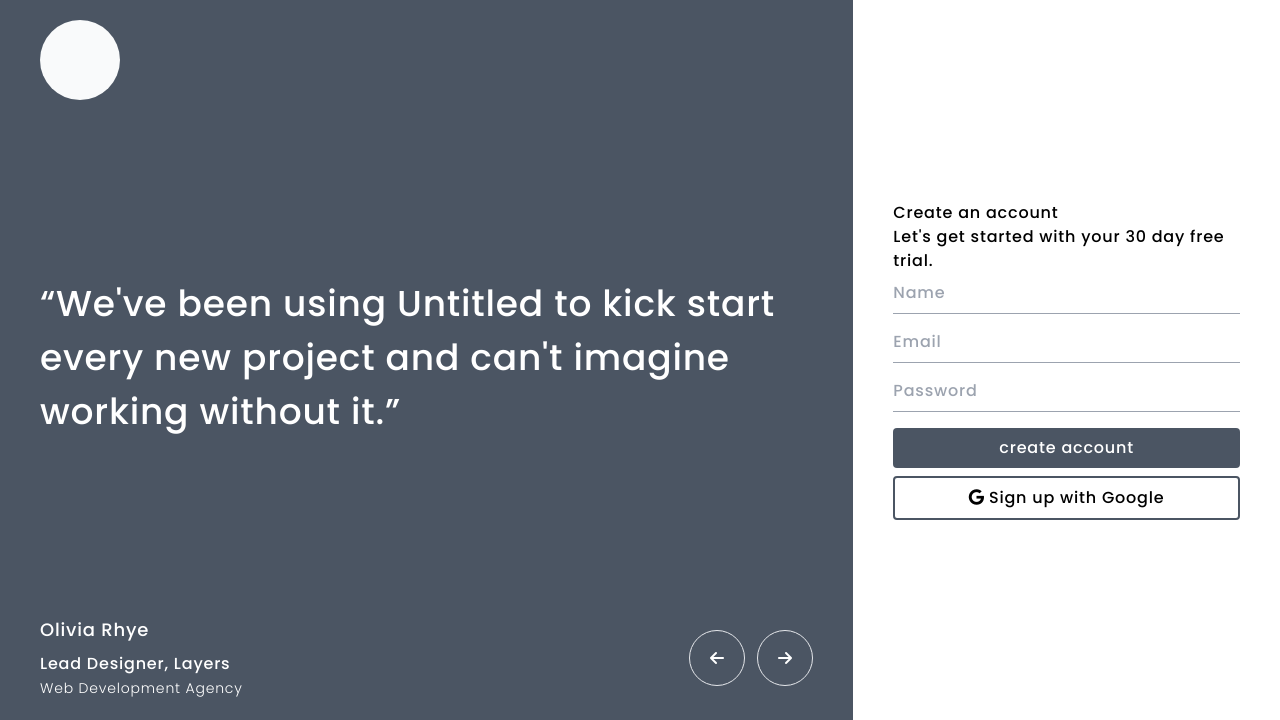
Repository: debthebuilder/youtube-html-contact-form-tailwindcss
Page: contact.html
An editor plug-in stored every save of this project. The page is shown before and after the next save, followed by the edit.
The browser window is 1280 px wide. The pictures show the whole page.
Some web libraries are served in a nearby version.

Above is the page before, as saved 2022-08-03 06:01:24.

After the next save:
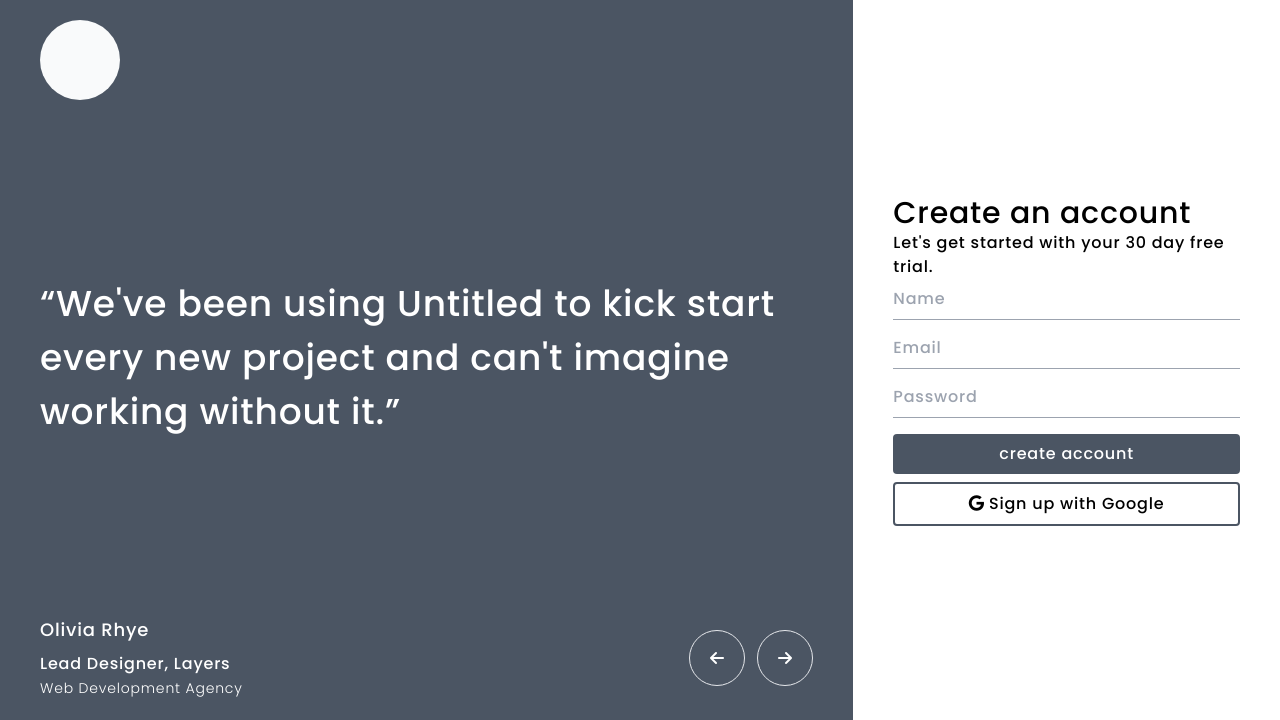
Saved 27 s later.
--- a/contact.html
+++ b/contact.html
@@ -43,7 +43,7 @@
         </div>
         <!--Form-->
         <div class="w-2/6 px-10 flex flex-col justify-center">
-            <h2>Create an account</h2>
+            <h2 class="text-3xl">Create an account</h2>
             <span>Let's get started with your 30 day free trial.</span>
             <form>
                 <input type="text" name="name" placeholder="Name" class="w-full border-b border-gray-400 pb-2 focus:outline-none focus:border-0 focus:border-b-2 my-2">
